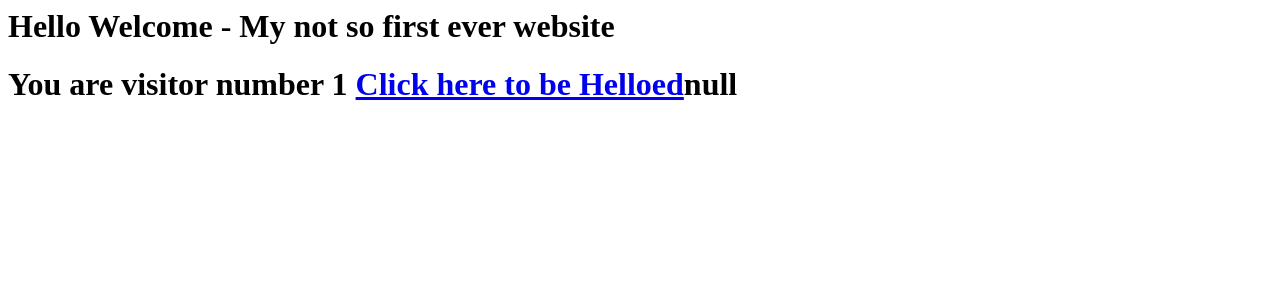
Repository: Rama-13/LaunchPadAllFiles
Page: http://localhost/FirstWebProject/Welcome
These files come from the project's save history. The page is drawn as it stood at one moment and after the next save; the edit follows.
The browser window is 1280 px wide. The pictures show the whole page.
The page is served by Tomcat 9.

Above is the page before, as saved 2019-07-26 06:27:02.

After the next save:
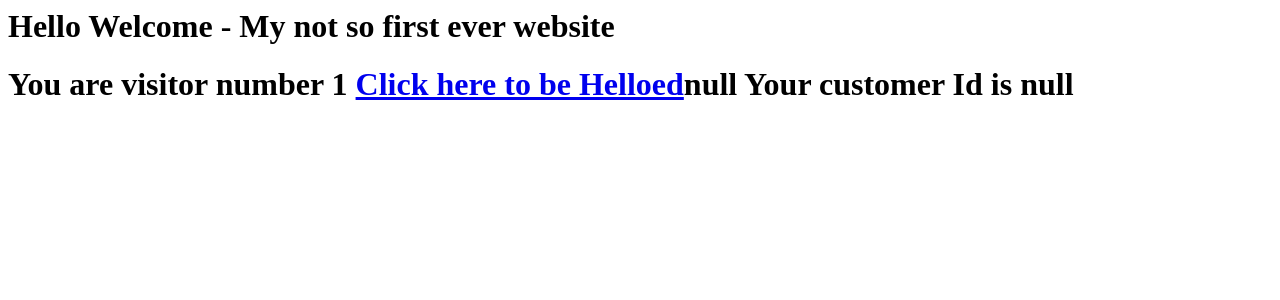
Saved 83 s later.
--- a/java-workspace/FirstWebProject/src/com/Welcome.java
+++ b/java-workspace/FirstWebProject/src/com/Welcome.java
@@ -33,6 +33,7 @@ public class Welcome extends HttpServlet {
 		response.getWriter().println("<h1>Hello Welcome - My not so first ever website");
 		response.getWriter().println("<h1>You are visitor number "+counter);
 		response.getWriter().println("<a href = 'Hello.html'>Click here to be Helloed</a>"+loginUserName);
+		response.getWriter().println("Your customer Id is "+customerId);
 
 	}
 
